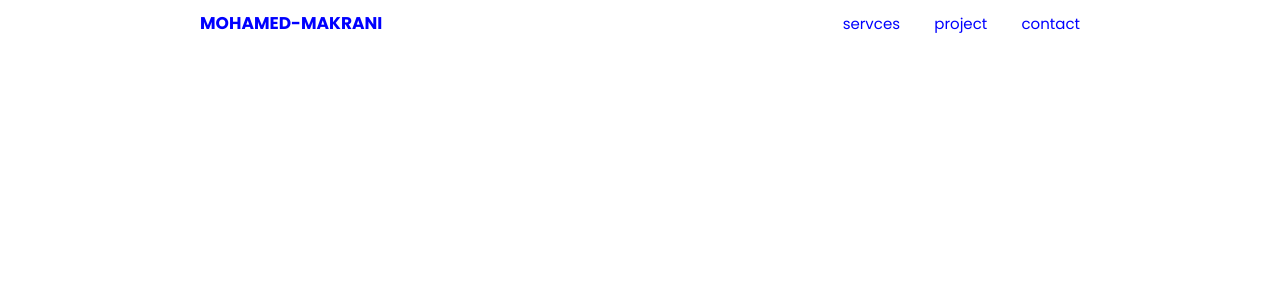
Repository: mohamed-makrani/Portfolio
Page: indixe.html
The author's editor kept a copy of each file at every save. The page is drawn from the files as they stood at one save, then again after the next save.
The browser window is 1280 px wide. The pictures show the whole page.

Above is the page before, as saved 2023-09-15 22:42:47.

### indixe.html
<!DOCTYPE html>
<html lang="en">
<head>
    <meta charset="UTF-8">
    <meta name="descreption" content="makrani-mohamed/portfilio"/>
    <title>Mohamed-makrani</title>
    <link rel="stylesheet" href="https://cdnjs.cloudflare.com/ajax/libs/font-awesome/6.4.2/css/all.min.css"/>
    <link  rel="stylesheet" href="style.css" />
</head>
<body>
    <header>
        <a href="#" class="logo" >Mohamed-makrani</a>
        <nav class="navigation">
            <a href="#" >servces</a>
            <a href="#" > project</a>
            <a href="#"> contact </a>

        </nav>






    </header>












</body>
</html>

### style.css
@import url('https://fonts.googleapis.com/css2?family=Poppins:ital,wght@0,200;0,300;0,400;0,500;0,600;0,700;0,800;0,900;1,100;1,200;1,300;1,400;1,500;1,600;1,700;1,800;1,900&display=swap');

*{

    font-family: 'Poppins', sans-serif;
    margin: 0;
    padding: 0;
    box-sizing: border-box;
    scroll-behavior: smooth;
}
 header{

    background-color: white;
    width: 100%;
    position: fixed;
    display: flex;
    z-index: 999;
    justify-content: space-between;
    align-items: center;
    padding: 10px 200px;

 }
 .logo {
    /* default is 16 px */

    text-decoration: none;
    font-size: 17px;
    color: blue;
    text-transform: uppercase;
    font-weight: 700;
 }
 .navigation a{
    color: blue;
    font-size: 15px;
    font-weight: 500px;
    text-decoration: none;
    padding-left:  30px;

 }

After the next save:
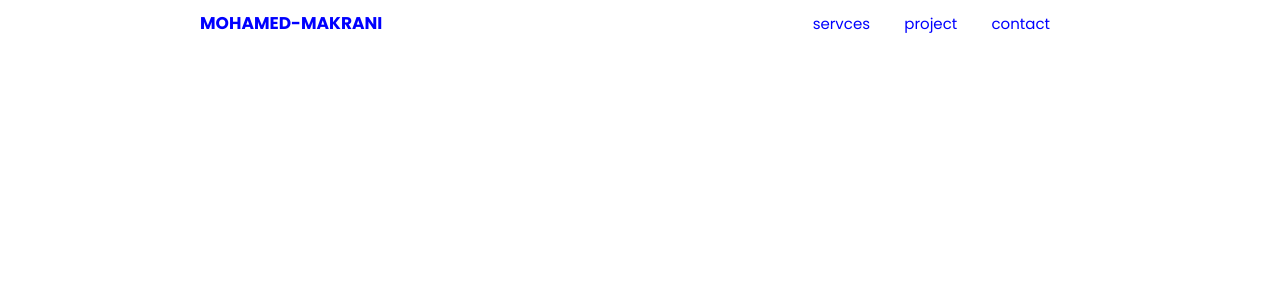
Saved 29 s later.
--- a/style.css
+++ b/style.css
@@ -34,6 +34,6 @@
     font-size: 15px;
     font-weight: 500px;
     text-decoration: none;
-    padding-left:  30px;
+    padding-right:  30px;
 
  }

After the save that followed:
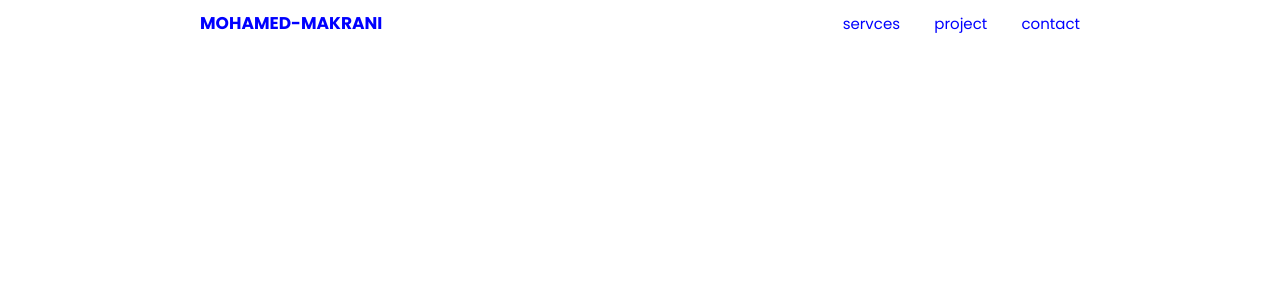
Saved 13 s later.
--- a/style.css
+++ b/style.css
@@ -34,6 +34,6 @@
     font-size: 15px;
     font-weight: 500px;
     text-decoration: none;
-    padding-right:  30px;
+    padding-left:  30px;
 
  }
